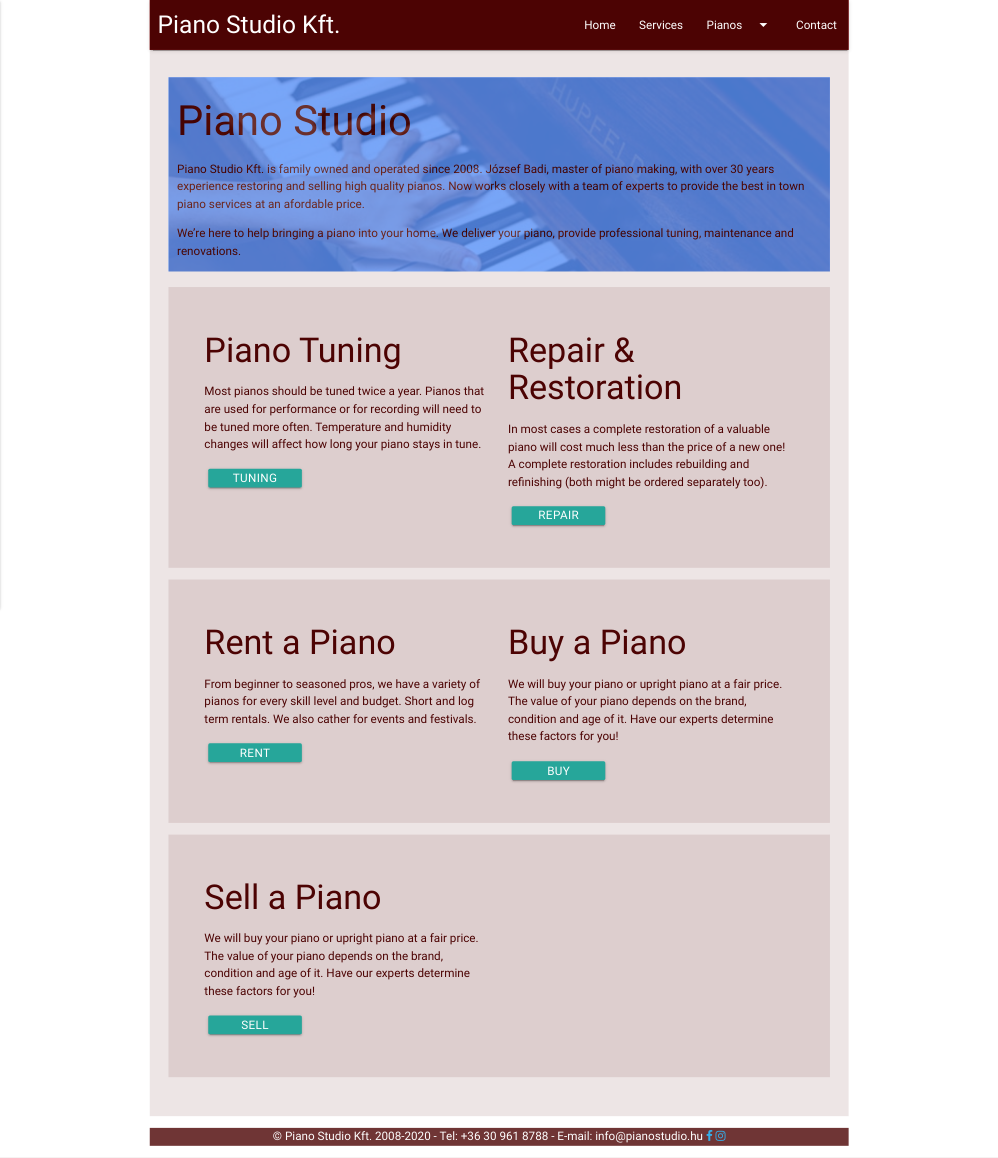
Repository: badiattila/pianostudioheroku
Page: http://localhost/
The author's editor kept a record of every edit. The page is drawn from the files as they stood at one moment, then again after the next edit.
The browser window is 1280 px wide. The pictures show the whole page, at 78% of full size.
Some web libraries are served in a nearby version. The page is served by the project's application, run on Flask 3 (app.py).

Above is the page before.

After the next edit:
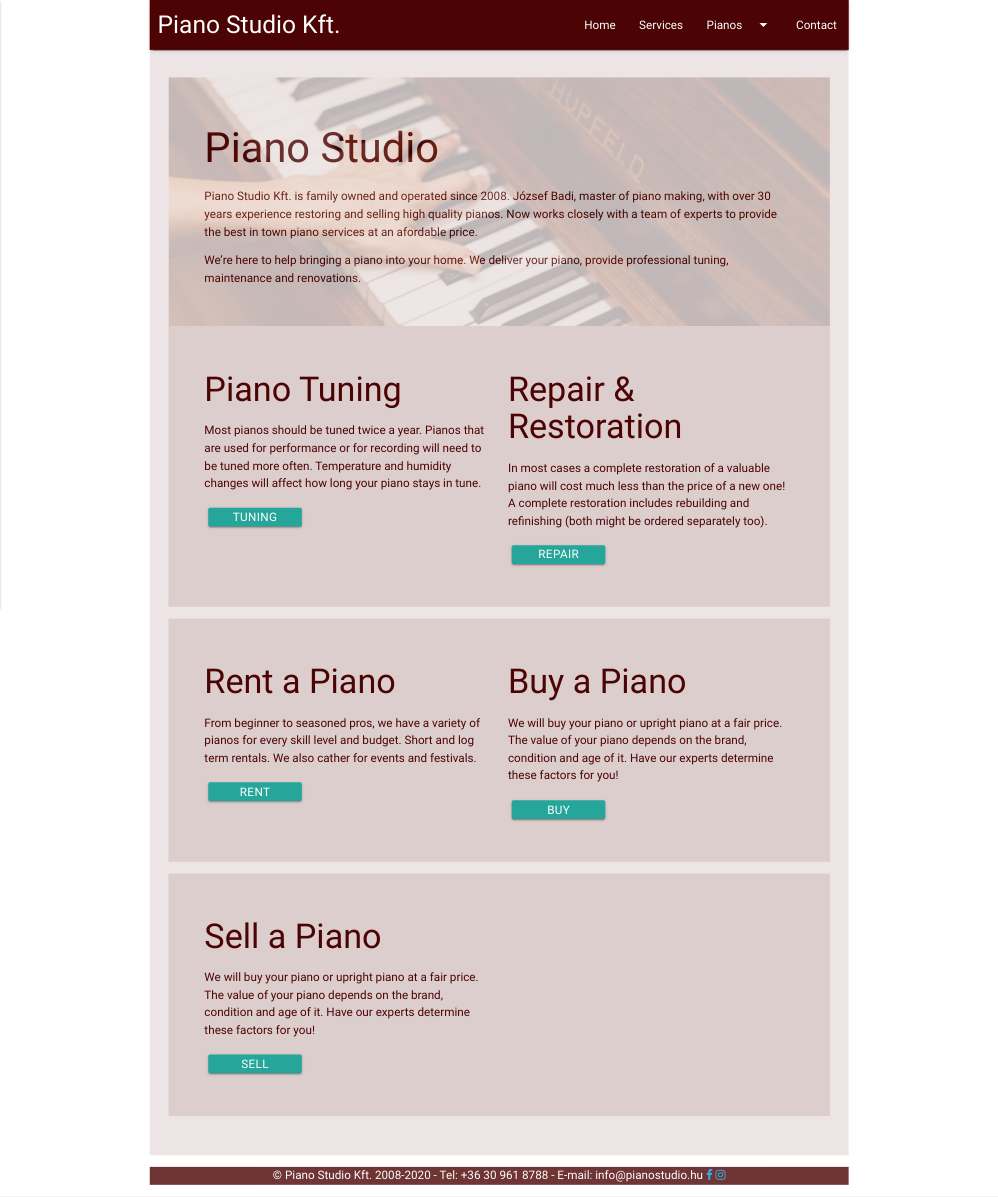
The edit:
--- a/static/css/style.css
+++ b/static/css/style.css
@@ -70,10 +70,13 @@
 }
 
 /* ID based background behaviour */
+
 .intro {
-    position: relative;
-    background: #5C97FF;
-    overflow: hidden;
+  position: relative;
+  overflow: hidden;
+  color: rgba(76, 3, 3);
+  padding: 35px;
+  margin-bottom: 0;
 }
 
 .intro img {
@@ -87,9 +90,9 @@
 }
 
 .intro h2 p {
-    padding: 150px;
-    text-align: center;
-    z-index: 2;
-    position: relative;
-    color: #fff;
+  padding: 150px;
+  text-align: center;
+  z-index: 2;
+  position: relative;
+  color: #fff;
 }
